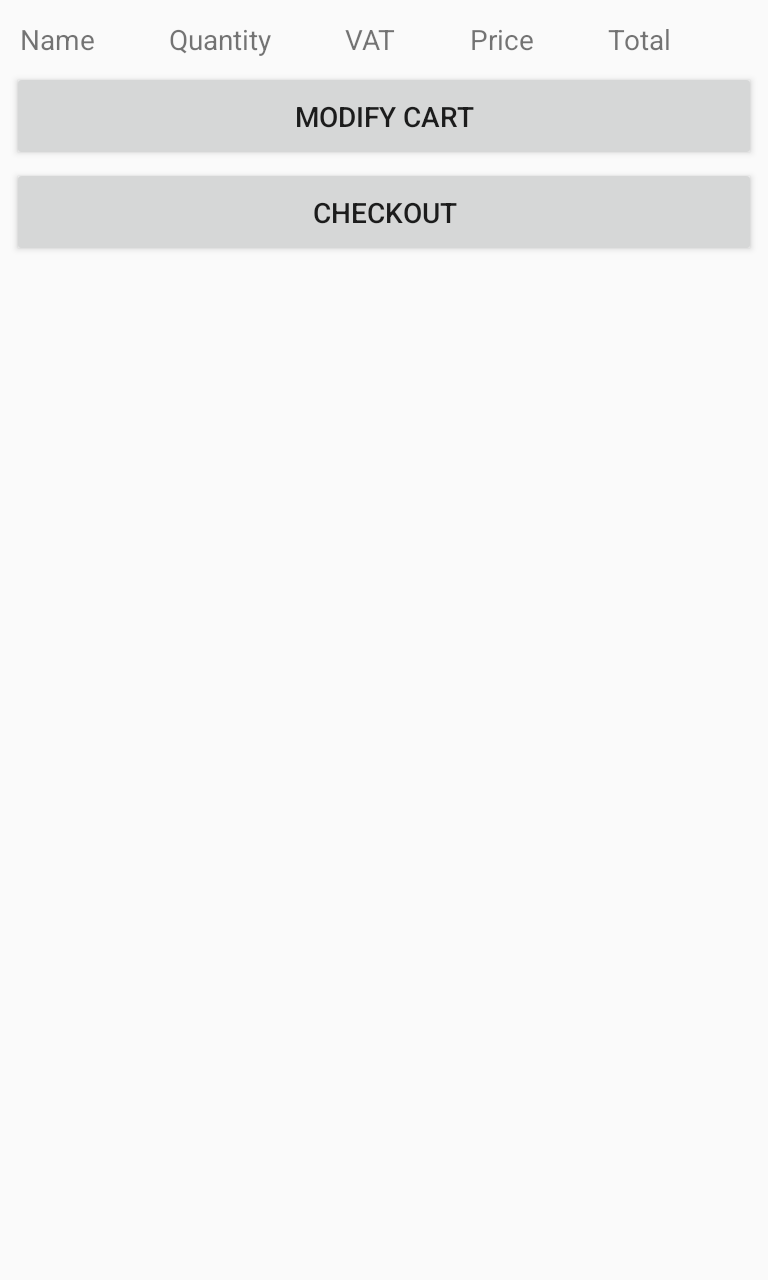
Repository: ThatCrazyIrishGuy/guiAndroidAssignment
Layout: ShoppingList/res/layout/checkout_view.xml
An editor plug-in stored every save of this project. The layout is shown before and after the next save, followed by the edit.
It is drawn on a 768 x 1280 px phone screen (xhdpi) without system bars, with theme AppTheme; the app's code is not run.

Above is the layout before, as saved 2014-11-13 23:04:37.

### ShoppingList/res/layout/checkout_view.xml
<ScrollView xmlns:android="http://schemas.android.com/apk/res/android"
    xmlns:tools="http://schemas.android.com/tools"
    android:layout_width="fill_parent" android:layout_height="fill_parent">
   	<RelativeLayout
    android:layout_width="match_parent"
    android:layout_height="wrap_content"
    android:padding="5dp" >
		<TableLayout
		    android:id="@+id/purchases"
		    android:layout_width="match_parent"
		    android:layout_height="wrap_content"
			android:stretchColumns="*"
		    tools:ignore="UselessParent"
		    android:padding="5dp">
		    <TableRow android:id="@+id/header">
		        <TextView
		            android:text="Name" />
		        <TextView
		            android:text="Quantity" />
		 	        <TextView
		            android:text="VAT" />
		       	<TextView
		            android:text="Price" />
		       	<TextView
		            android:text="Total" />
		    </TableRow>
		</TableLayout>

		<Button
        android:layout_below="@+id/purchases"
        android:id="@+id/modifyCart"
        android:layout_width="fill_parent"
        android:layout_height="wrap_content"
        android:text ="@string/modifyCart"  />

		<Button
        android:layout_below="@+id/modifyCart"
        android:id="@+id/checkout"
        android:layout_width="fill_parent"
        android:layout_height="wrap_content"
        android:text ="@string/checkout"  />
	</RelativeLayout>
</ScrollView>

### ShoppingList/res/values/strings.xml
<?xml version="1.0" encoding="utf-8"?>
<resources>

    <string name="app_name">ShoppingList</string>
    <string name="action_settings">Settings</string>
    <string name="name">Name</string>
    <string name="gender">Gender</string>
    <string name="male">Male</string>
    <string name="female">Female</string>
    <string name="other">Other</string>
    <string name="age">Age</string>
    <string name="amountAvailableToSpend">Amount Available to Spend</string>
    <string name="email">Email</string>
    <string name="submitButtonText">Submit</string>
    <string name="plus">+</string>
    <string name="minus">-</string>
    <string name="zero">0</string>
    <string name="loadDemoValues">Load Demo Values</string>
    <string name="viewCart">View Cart</string>
    <string name="checkout">Checkout</string>
    <string name="modifyCart">Modify Cart</string>

    <string-array name="jobTitles">
	    <item>Abattoir Worker</item>
	    <item>Accountant</item>
	    <item>Accountant - Chartered or Certified</item>
	    <item>Accounts Staff</item>
	    <item>Actor</item>
	    <item>Actress</item>
	    <item>Actuary</item>
	    <item>Acupuncturist</item>
	    <item>Administration Staff</item>
	    <item>Advertising Staff</item>
	    <item>Agricultural Contractor</item>
	    <item>Agricultural Worker</item>
	    <item>Air Force - Other Ranks</item>
	    <item>Air Traffic Controller</item>
	    <item>Aircraft Designer</item>
	    <item>Airline Employee - Airport</item>
	    <item>Ambulance Crew</item>
	    <item>Ambulance Driver</item>
	    <item>Amusement Arcade Worker</item>
	    <item>Anaesthetist</item>
	    <item>Animal Breeder</item>
	    <item>Antique Dealer</item>
	    <item>Arbitrator</item>
	    <item>Archaeologist</item>
	    <item>Architect</item>
	    <item>Archivist</item>
	    <item>Art Critic</item>
	    <item>Art Dealer</item>
	    <item>Artist</item>
	    <item>Asphalter/Roadworker</item>
	    <item>Assessor</item>
	    <item>Astrologer</item>
	    <item>Astronomer</item>
	    <item>Au Pair</item>
	    <item>Auctioneer</item>
	    <item>Auditor</item>
	    <item>Author</item>
	    <item>Auto Electrician</item>
	    <item>Bailiff</item>
	    <item>Baker</item>
	    <item>Bank Staff</item>
	    <item>Bar Manager</item>
	    <item>Bar Staff</item>
	    <item>Barber</item>
	    <item>Barrister</item>
	    <item>Beautician</item>
	    <item>Betting Shop Clerk</item>
	    <item>Biochemist</item>
	    <item>Biologist</item>
	    <item>Blacksmith</item>
	    <item>Blind Fitter</item>
	    <item>Boat Builder</item>
	    <item>Boiler Maker</item>
	    <item>Book Seller</item>
	    <item>Book-Keeper</item>
	    <item>Botanist</item>
	    <item>Brewery Worker</item>
	    <item>Bricklayer</item>
	    <item>Broadcaster</item>
	    <item>Builder</item>
	    <item>Builders Labourer</item>
	    <item>Building Contractor</item>
	    <item>Building Engineer</item>
	    <item>Building Inspector</item>
	    <item>Building Manager</item>
	    <item>Building Surveyor</item>
	    <item>Bus Company Employee</item>
	    <item>Bus Conductor</item>
	    <item>Bus Driver</item>
	    <item>Business Analyst</item>
	    <item>Business Consultant</item>
	    <item>Butcher</item>
	    <item>Butler</item>
	    <item>Buyer</item>
	    <item>Cabinet Maker</item>
	    <item>Cameraman</item>
	    <item>Car Builder</item>
	    <item>Car Dealer</item>
	    <item>Car Delivery Driver</item>
	    <item>Car Park Attendant</item>
	    <item>Car Salesman</item>
	    <item>Car Valet</item>
	    <item>Care Assistant</item>
	    <item>Careers Advisor</item>
	    <item>Caretaker</item>
	    <item>Carpenter</item>
	    <item>Carpet Fitter</item>
	    <item>Cartographer</item>
	    <item>Cashier</item>
	    <item>Caterer</item>
	    <item>Charity Worker</item>
	    <item>Chartered Surveyor</item>
	    <item>Chauffeur</item>
	    <item>Chef</item>
	    <item>Chemist</item>
	    <item>Child Minder</item>
	    <item>Childrens Entertainer</item>
	    <item>Chimney Sweep</item>
	    <item>Chiropodist</item>
	    <item>Chiropractor</item>
	    <item>Choreographer</item>
	    <item>Cinema Assistant</item>
	    <item>Civil Servant</item>
	    <item>Claims/Loss Adjustor</item>
	    <item>Classroom Aide</item>
	    <item>Cleaner</item>
	    <item>Clergyman</item>
	    <item>Clerk</item>
	    <item>Clock Maker</item>
	    <item>Coach Builder</item>
	    <item>Coach Driver</item>
	    <item>Coal Merchant</item>
	    <item>Coastguard</item>
	    <item>Cobbler</item>
	    <item>Commercial Artist</item>
	    <item>Commercial Traveller</item>
	    <item>Commissioned Officer</item>
	    <item>Community Worker</item>
	    <item>Company Secretary</item>
	    <item>Complementary Therapist</item>
	    <item>Composer</item>
	    <item>Computer Analyst</item>
	    <item>Computer Consultant</item>
	    <item>Computer Programmer</item>
	    <item>Computing</item>
	    <item>Confectioner</item>
	    <item>Conservationist</item>
	    <item>Construction Worker</item>
	    <item>Contractor</item>
	    <item>Coppersmith</item>
	    <item>Copywriter</item>
	    <item>Coroner</item>
	    <item>Council Worker</item>
	    <item>Counsellor</item>
	    <item>County Councillor</item>
	    <item>Courier</item>
	    <item>Court Officer</item>
	    <item>Craftsman</item>
	    <item>Crane Operator</item>
	    <item>Credit Controller</item>
	    <item>Croupier</item>
	    <item>Curator</item>
	    <item>Curtain Maker</item>
	    <item>Customer Advisor</item>
	    <item>Customs And Excise</item>
	    <item>Dairy Worker</item>
	    <item>Dance Teacher</item>
	    <item>Dancer</item>
	    <item>Dark Room Technician</item>
	    <item>Debt Collector</item>
	    <item>Decorator</item>
	    <item>Delivery Courier</item>
	    <item>Delivery Driver</item>
	    <item>Demolition Worker</item>
	    <item>Dental Assistant</item>
	    <item>Dental Nurse</item>
	    <item>Dental Surgeon</item>
	    <item>Dental Technician</item>
	    <item>Dentist</item>
	    <item>Dermatologist</item>
	    <item>Designer</item>
	    <item>Diplomatic Staff - Foreign</item>
	    <item>Diplomatic Staff - Republic Of Ireland</item>
	    <item>Director - Performing Arts</item>
	    <item>Director/Company Director</item>
	    <item>Disc Jockey</item>
	    <item>District Nurse</item>
	    <item>Diver</item>
	    <item>Dockyard Worker</item>
	    <item>Doctor</item>
	    <item>Dog Groomer</item>
	    <item>Domestic Staff</item>
	    <item>Door To Door Collector</item>
	    <item>Doorman</item>
	    <item>Double Glazing Fitter</item>
	    <item>Double Glazing Salesman</item>
	    <item>Draughtsman</item>
	    <item>Dressmaker</item>
	    <item>Driver</item>
	    <item>Driving Examiner</item>
	    <item>Driving Instructor</item>
	    <item>Dry Cleaner</item>
	    <item>Dustman</item>
	    <item>Economist</item>
	    <item>Editor</item>
	    <item>Electrical Contractor</item>
	    <item>Electrician</item>
	    <item>Embalmer</item>
	    <item>Embassy Staff</item>
	    <item>Embassy Staff - Republic Of Ireland</item>
	    <item>Energy Analyst</item>
	    <item>Engineer</item>
	    <item>Engineer (Motor)</item>
	    <item>Engraver</item>
	    <item>Entertainer</item>
	    <item>Estate Agent</item>
	    <item>Estimator</item>
	    <item>Events Organiser</item>
	    <item>Executive</item>
	    <item>Exhibition Organiser</item>
	    <item>Exotic Dancer</item>
	    <item>Exporter</item>
	    <item>Fabricator</item>
	    <item>Factory Worker</item>
	    <item>Fairground Worker</item>
	    <item>Farmer</item>
	    <item>Film Technician</item>
	    <item>Financial Advisor</item>
	    <item>Financial Analyst</item>
	    <item>Fire Officer</item>
	    <item>Fireman/Woman</item>
	    <item>Firewood Merchant</item>
	    <item>Fish Merchant</item>
	    <item>Fisherman</item>
	    <item>Fitness Instructor</item>
	    <item>Fitter</item>
	    <item>Fitter - Tyre/Exhaust</item>
	    <item>Flight Deck Crew</item>
	    <item>Floor Layer</item>
	    <item>Florist</item>
	    <item>Flower Arranger</item>
	    <item>Flying Instructor</item>
	    <item>Food Processor</item>
	    <item>Foreman</item>
	    <item>Forester</item>
	    <item>Fork Lift Truck Driver</item>
	    <item>Fruiterer</item>
	    <item>Fuel Merchant</item>
	    <item>Funeral Director</item>
	    <item>Funeral Furnisher</item>
	    <item>Furnace Man</item>
	    <item>Furniture Dealer</item>
	    <item>Furniture Remover</item>
	    <item>Furniture Restorer</item>
	    <item>Gamekeeper</item>
	    <item>Gaming Club Manager</item>
	    <item>Gaming Club Staff - Licensed Premises</item>
	    <item>Gaming Club Staff - Unlicensed Premises</item>
	    <item>Garage Manager</item>
	    <item>Garda</item>
	    <item>Gardener</item>
	    <item>Gas Fitter</item>
	    <item>Genealogist</item>
	    <item>General Practitioner</item>
	    <item>General Worker</item>
	    <item>Geologist</item>
	    <item>Geophysicist</item>
	    <item>Glass Worker</item>
	    <item>Glazier</item>
	    <item>Goldsmith</item>
	    <item>Graphic Designer</item>
	    <item>Grave Digger</item>
	    <item>Gravel Merchant</item>
	    <item>Green Keeper</item>
	    <item>Greengrocer</item>
	    <item>Groundsman</item>
	    <item>Guide</item>
	    <item>Gynaecologist</item>
	    <item>HGV Driver</item>
	    <item>Hairdresser</item>
	    <item>Hardware Dealer</item>
	    <item>Haulage Contractor</item>
	    <item>Hawker</item>
	    <item>Health And Safety Consultant</item>
	    <item>Health Planner</item>
	    <item>Health Service Employee</item>
	    <item>Hearing Therapist</item>
	    <item>Heating/Ventilation Engineer</item>
	    <item>Herbalist</item>
	    <item>Hire Car Driver</item>
	    <item>Historian</item>
	    <item>Horse Dealer</item>
	    <item>Horse Riding Instructor</item>
	    <item>Horticulturalist</item>
	    <item>Hospital Consultant</item>
	    <item>Hospital Doctor</item>
	    <item>Hospital Worker</item>
	    <item>Hostess</item>
	    <item>Hotel Worker</item>
	    <item>Housing Assistant</item>
	    <item>Housing Officer</item>
	    <item>Hygienist</item>
	    <item>Ice Cream Vendor</item>
	    <item>Illustrator</item>
	    <item>Immigration Officer</item>
	    <item>Importer</item>
	    <item>Industrial Chemist</item>
	    <item>Industrial Designer</item>
	    <item>Inland Revenue Officer</item>
	    <item>Instrument Maker</item>
	    <item>Insurance Assessor</item>
	    <item>Insurance Inspector</item>
	    <item>Insurance Staff</item>
	    <item>Interior Decorator</item>
	    <item>Interior Designer</item>
	    <item>Interpreter</item>
	    <item>Investigator</item>
	    <item>Janitor</item>
	    <item>Jeweller</item>
	    <item>Jockey</item>
	    <item>Joiner</item>
	    <item>Journalist</item>
	    <item>Judge</item>
	    <item>Keep Fit Instructor</item>
	    <item>Kitchen Worker</item>
	    <item>Laboratory Operative</item>
	    <item>Laboratory Technician</item>
	    <item>Labourer</item>
	    <item>Landlord</item>
	    <item>Landscape Gardener</item>
	    <item>Laundry Staff</item>
	    <item>Lavatory Attendant</item>
	    <item>Lawyer</item>
	    <item>Leather Worker</item>
	    <item>Lecturer</item>
	    <item>Legal Assistant</item>
	    <item>Legal Executive</item>
	    <item>Legal Secretary</item>
	    <item>Leisure Centre Attendant</item>
	    <item>Librarian</item>
	    <item>Lifeguard</item>
	    <item>Lift Attendant</item>
	    <item>Line Worker</item>
	    <item>Linguist</item>
	    <item>Literary Agent</item>
	    <item>Local Government Officer</item>
	    <item>Locksmith</item>
	    <item>Lorry Driver</item>
	    <item>Loss Adjustor</item>
	    <item>Loss Assessor</item>
	    <item>Machine Technician</item>
	    <item>Machinist</item>
	    <item>Maintenance Staff</item>
	    <item>Make Up Artist</item>
	    <item>Manager</item>
	    <item>Manicurist</item>
	    <item>Marine Pilot</item>
	    <item>Market Gardener</item>
	    <item>Market Researcher</item>
	    <item>Market Trader</item>
	    <item>Marketing Executive</item>
	    <item>Masseuse</item>
	    <item>Mathematician</item>
	    <item>Mechanic</item>
	    <item>Medical Advisor</item>
	    <item>Medical Practitioner</item>
	    <item>Medical Secretary</item>
	    <item>Merchant</item>
	    <item>Metal Dealer</item>
	    <item>Metal Worker</item>
	    <item>Meteorologist</item>
	    <item>Meter Reader</item>
	    <item>Microbiologist</item>
	    <item>Midwife</item>
	    <item>Milkman</item>
	    <item>Mill Worker</item>
	    <item>Miner</item>
	    <item>Mineralologist</item>
	    <item>Minister Of Religion</item>
	    <item>Mobile Caterer</item>
	    <item>Mobile Disc Jockey</item>
	    <item>Model</item>
	    <item>Mortgage Broker</item>
	    <item>Mortician</item>
	    <item>Motor Mechanic</item>
	    <item>Motor Racing Organiser</item>
	    <item>Motor Trader</item>
	    <item>Music Teacher</item>
	    <item>Musician</item>
	    <item>Nanny</item>
	    <item>Navigator</item>
	    <item>Negotiator</item>
	    <item>Neurologist</item>
	    <item>Newsagent</item>
	    <item>Night Watchman</item>
	    <item>Nun</item>
	    <item>Nurse</item>
	    <item>Nursery Worker</item>
	    <item>Nutritionist</item>
	    <item>Occupational Therapist</item>
	    <item>Oculist</item>
	    <item>Oil Rig Crew</item>
	    <item>Optical Assistant</item>
	    <item>Optician</item>
	    <item>Organist</item>
	    <item>Osteopath</item>
	    <item>Painter And Decorator</item>
	    <item>Panel Beater</item>
	    <item>Paramedic</item>
	    <item>Park Attendant</item>
	    <item>Park Keeper</item>
	    <item>Party Planner</item>
	    <item>Pathologist</item>
	    <item>Pawnbroker</item>
	    <item>Personal Assistant</item>
	    <item>Personnel Officer</item>
	    <item>Pest Controller</item>
	    <item>Petrol Station Attendant</item>
	    <item>Pharmaceutical Assistant</item>
	    <item>Pharmacist</item>
	    <item>Photo Engraver</item>
	    <item>Photographer - Location</item>
	    <item>Photographer - Studio</item>
	    <item>Physicist</item>
	    <item>Physiologist</item>
	    <item>Physiotherapist</item>
	    <item>Picker</item>
	    <item>Picture Framer</item>
	    <item>Pilot</item>
	    <item>Pipe Fitter</item>
	    <item>Pipe Layer</item>
	    <item>Planning Officer</item>
	    <item>Plant Driver</item>
	    <item>Plant Operator</item>
	    <item>Plasterer</item>
	    <item>Plumber</item>
	    <item>Polisher</item>
	    <item>Pool Attendant</item>
	    <item>Porter</item>
	    <item>Postman/Woman</item>
	    <item>Priest</item>
	    <item>Printer</item>
	    <item>Prison Officer</item>
	    <item>Probation Officer</item>
	    <item>Producer</item>
	    <item>Professor</item>
	    <item>Projectionist</item>
	    <item>Proof Reader</item>
	    <item>Property Buyer</item>
	    <item>Property Dealer</item>
	    <item>Property Developer</item>
	    <item>Property Valuer</item>
	    <item>Psychiatrist</item>
	    <item>Psychologist</item>
	    <item>Psychotherapist</item>
	    <item>Public Relations Officer</item>
	    <item>Publican</item>
	    <item>Publisher</item>
	    <item>Purchasing Assistant</item>
	    <item>Quality Controller</item>
	    <item>Quality Inspector</item>
	    <item>Quantity Surveyor</item>
	    <item>Quarry Worker</item>
	    <item>Rabbi</item>
	    <item>Radio Presenter</item>
	    <item>Radio Producer</item>
	    <item>Radiographer</item>
	    <item>Radiologist</item>
	    <item>Railway Staff</item>
	    <item>Receptionist</item>
	    <item>Rector</item>
	    <item>Reflexologist</item>
	    <item>Refuse Collector</item>
	    <item>Registrar</item>
	    <item>Reporter</item>
	    <item>Researcher</item>
	    <item>Restaurateur</item>
	    <item>Restorer</item>
	    <item>Revenue Officer</item>
	    <item>Road Sweeper</item>
	    <item>Road Worker</item>
	    <item>Roofer</item>
	    <item>Safety Officer</item>
	    <item>Sales Representative</item>
	    <item>Sales Support</item>
	    <item>Salesman</item>
	    <item>Sand Blaster</item>
	    <item>Scaffolder</item>
	    <item>School Crossing Warden</item>
	    <item>Scientist</item>
	    <item>Scrap Dealer</item>
	    <item>Screen Writer</item>
	    <item>Script Writer</item>
	    <item>Sculptor</item>
	    <item>Seaman</item>
	    <item>Secretary And PA</item>
	    <item>Security Guard</item>
	    <item>Servant</item>
	    <item>Sheet Metal Worker</item>
	    <item>Sheriff</item>
	    <item>Ship Builder</item>
	    <item>Shoe Repairer</item>
	    <item>Shooting Instructor</item>
	    <item>Shop Assistant</item>
	    <item>Shop Fitter</item>
	    <item>Shop Keeper</item>
	    <item>Social Worker</item>
	    <item>Soldier</item>
	    <item>Solicitor</item>
	    <item>Song Writer</item>
	    <item>Speech Therapist</item>
	    <item>Sports Centre Attendant</item>
	    <item>Sports Coach</item>
	    <item>Sportsman</item>
	    <item>Stable Hand</item>
	    <item>Statistician</item>
	    <item>Steel Worker</item>
	    <item>Steeplejack</item>
	    <item>Stenographer</item>
	    <item>Stock Controller</item>
	    <item>Stockbroker</item>
	    <item>Stockman</item>
	    <item>Stonemason</item>
	    <item>Storeman/Woman</item>
	    <item>Street Entertainer</item>
	    <item>Street Trader</item>
	    <item>Student Teacher</item>
	    <item>Supervisor</item>
	    <item>Surgeon</item>
	    <item>Surveyor</item>
	    <item>Surveyor - Chartered</item>
	    <item>Systems Analyst</item>
	    <item>Tailor</item>
	    <item>Tax Consultant</item>
	    <item>Tax Inspector</item>
	    <item>Taxi Driver</item>
	    <item>Taxidermist</item>
	    <item>Teacher</item>
	    <item>Teachers Assistant</item>
	    <item>Telephonist</item>
	    <item>Telesales Person</item>
	    <item>Television Presenter</item>
	    <item>Textile Worker</item>
	    <item>Thatcher</item>
	    <item>Theatrical Agent</item>
	    <item>Therapist</item>
	    <item>Ticket Inspector</item>
	    <item>Tiler</item>
	    <item>Tobacconist</item>
	    <item>Tool Maker</item>
	    <item>Town Planner</item>
	    <item>Toy Maker</item>
	    <item>Tractor Driver</item>
	    <item>Trade Union Official</item>
	    <item>Traffic Warden</item>
	    <item>Train Driver</item>
	    <item>Trainer</item>
	    <item>Trainer - Animal</item>
	    <item>Training Officer</item>
	    <item>Translator</item>
	    <item>Transport Controller</item>
	    <item>Transport Officer</item>
	    <item>Travel Agent</item>
	    <item>Travel Consultant</item>
	    <item>Travel Courier</item>
	    <item>Treasurer</item>
	    <item>Tree Surgeon</item>
	    <item>Trinity House Pilot</item>
	    <item>Turf Accountant</item>
	    <item>Tutor</item>
	    <item>Typist</item>
	    <item>Undertaker</item>
	    <item>Underwriter</item>
	    <item>Upholsterer</item>
	    <item>Usher</item>
	    <item>Valuer</item>
	    <item>Vehicle Assessor</item>
	    <item>Vehicle Body Worker</item>
	    <item>Veterinary Surgeon</item>
	    <item>Vicar</item>
	    <item>Voluntary Worker</item>
	    <item>Waiter</item>
	    <item>Warehouseman/Woman</item>
	    <item>Waste Dealer</item>
	    <item>Watchmaker</item>
	    <item>Welder</item>
	    <item>Welfare Officer</item>
	    <item>Welfare Rights Officer</item>
	    <item>Wheel Clamper</item>
	    <item>Window Cleaner</item>
	    <item>Window Dresser</item>
	    <item>Windscreen Fitter</item>
	    <item>Wine Merchant</item>
	    <item>Wood Worker</item>
	    <item>Writer</item>
	    <item>Youth Hostel Warden</item>
	    <item>Youth Worker</item>
	    <item>Zoo Keeper</item>
	    <item>Zoologist</item>
	</string-array>

    <string-array name="items">
		<item>apples</item>
		<item>apricot</item>
		<item>avocado</item>
		<item>bananas</item>
		<item>blueberries</item>
		<item>cherries</item>
		<item>grapefruit</item>
		<item>grapes</item>
		<item>lemons</item>
		<item>mangoes</item>
		<item>melons</item>
		<item>nectarines</item>
		<item>oranges</item>
		<item>passionfruit</item>
		<item>peaches</item>
		<item>pears</item>
		<item>pineapples</item>
		<item>plums</item>
		<item>rhubarb</item>
		<item>rockmelon</item>
		<item>strawberries</item>
		<item>watermelon</item>
		<item>asparagus</item>
		<item>avocado</item>
		<item>beans</item>
		<item>beetroot</item>
		<item>broccoli</item>
		<item>cabbage</item>
		<item>capsicum</item>
		<item>carrots</item>
		<item>cauliflower</item>
		<item>celery</item>
		<item>chillies</item>
		<item>corn</item>
		<item>cucumbers</item>
		<item>eggplant</item>
		<item>garlic</item>
		<item>ginger</item>
		<item>kumera</item>
		<item>leeks</item>
		<item>lettuce</item>
		<item>mushrooms</item>
		<item>onions</item>
		<item>parsnips</item>
		<item>potatoes</item>
		<item>pumpkin</item>
		<item>rocket</item>
		<item>silverbeet</item>
		<item>spinach</item>
		<item>sprouts</item>
		<item>squash</item>
		<item>tomatoes</item>
		<item>zucchini</item>
		<item>basil</item>
		<item>chives</item>
		<item>coriander</item>
		<item>dill</item>
		<item>galangal</item>
		<item>marjoram</item>
		<item>mint</item>
		<item>oregano</item>
		<item>parsley</item>
		<item>rosemary</item>
		<item>sage</item>
		<item>thyme</item>
		<item>bacon</item>
		<item>chorizo</item>
		<item>dips</item>
		<item>frankfurts</item>
		<item>ham</item>
		<item>olives</item>
		<item>pate</item>
		<item>salami</item>
		<item>cakes</item>
		<item>crumpets</item>
		<item>muffins</item>
		<item>pikelets</item>
		<item>wraps</item>
		<item>chips</item>
		<item>chocolates</item>
		<item>coffee</item>
		<item>cordial</item>
		<item>cornflour</item>
		<item>foil</item>
		<item>gravies</item>
		<item>honey</item>
		<item>jam</item>
		<item>jelly</item>
		<item>mayonnaise</item>
		<item>noodles</item>
		<item>nuts</item>
		<item>oils</item>
		<item>pasta</item>
		<item>popcorn</item>
		<item>rice</item>
		<item>soup</item>
		<item>stocks</item>
		<item>sugar</item>
		<item>tea</item>
		<item>vinegar</item>
		<item>water</item>
		<item>beef</item>
		<item>chicken</item>
		<item>lamb</item>
		<item>mince</item>
		<item>pork</item>
		<item>sausages</item>
		<item>veal</item>
		<item>cheese</item>
		<item>cream</item>
		<item>custard</item>
		<item>eggs</item>
		<item>milk</item>
		<item>tofu</item>
		<item>yoghurt</item>
		<item>chips</item>
		<item>desserts</item>
		<item>fish</item>
		<item>meals</item>
		<item>pastry</item>
		<item>pies</item>
		<item>pizza</item>
		<item>poultry</item>
		<item>snacks</item>
		<item>vegetables</item>
		<item>conditioner</item>
		<item>condoms</item>
		<item>deodorants</item>
		<item>mouthwash</item>
		<item>shampoo</item>
		<item>shavers</item>
		<item>soap</item>
		<item>sunscreen</item>
		<item>tampons</item>
		<item>tissues</item>
		<item>toothbrush</item>
		<item>toothpaste</item>
		<item>batteries</item>
		<item>disinfectants</item>
		<item>scourers</item>
		<item>sponges</item>
		<item>stationery</item>
		<item>bath</item>
		<item>creams</item>
		<item>medicine</item>
		<item>nappies</item>
	</string-array>

</resources>

Loaded but not shown: ShoppingList/res/values/styles.xml (common file); ShoppingList/res/values-v11/styles.xml (common file); ShoppingList/res/values-v14/styles.xml (common file)

After the next save:
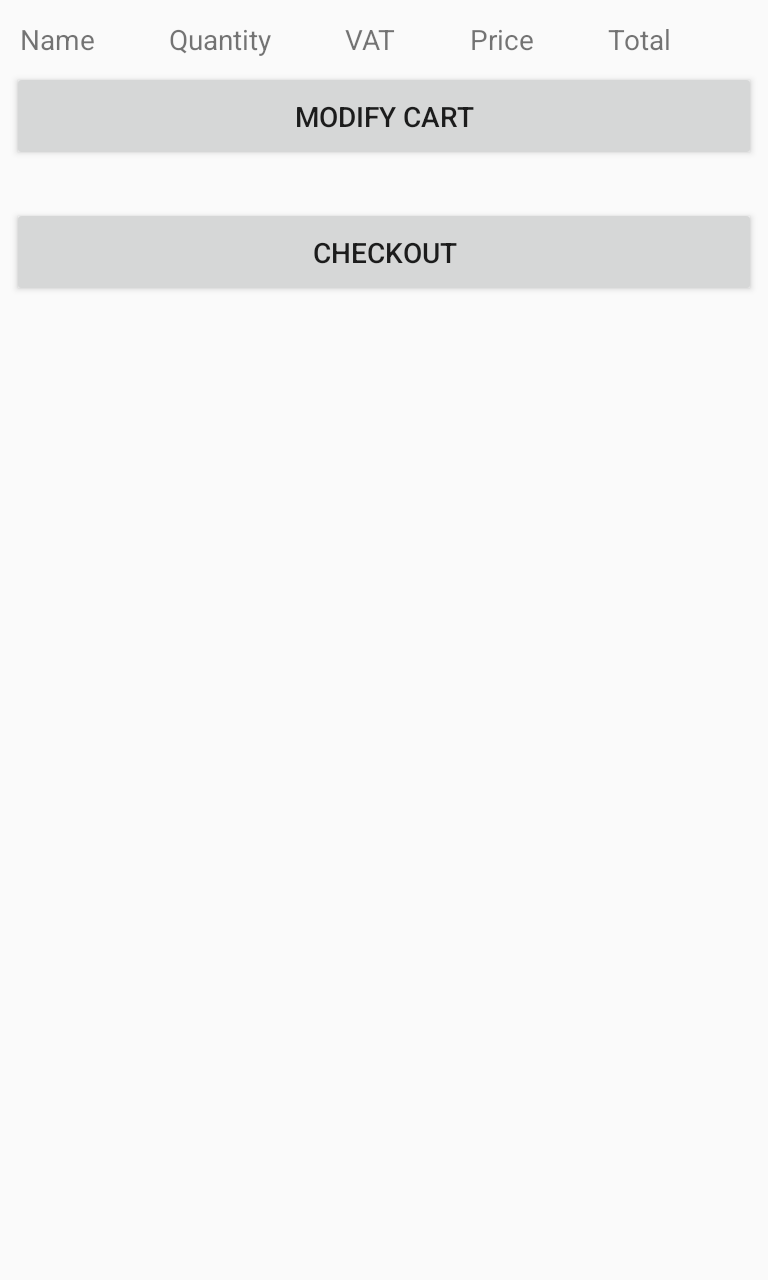
Saved 15 s later.
--- a/ShoppingList/res/layout/checkout_view.xml
+++ b/ShoppingList/res/layout/checkout_view.xml
@@ -31,7 +31,8 @@
         android:id="@+id/modifyCart"
         android:layout_width="fill_parent"
         android:layout_height="wrap_content"
-        android:text ="@string/modifyCart"  />
+        android:text ="@string/modifyCart"
+        android:layout_marginBottom="20dp"  />
 
 		<Button
         android:layout_below="@+id/modifyCart"
